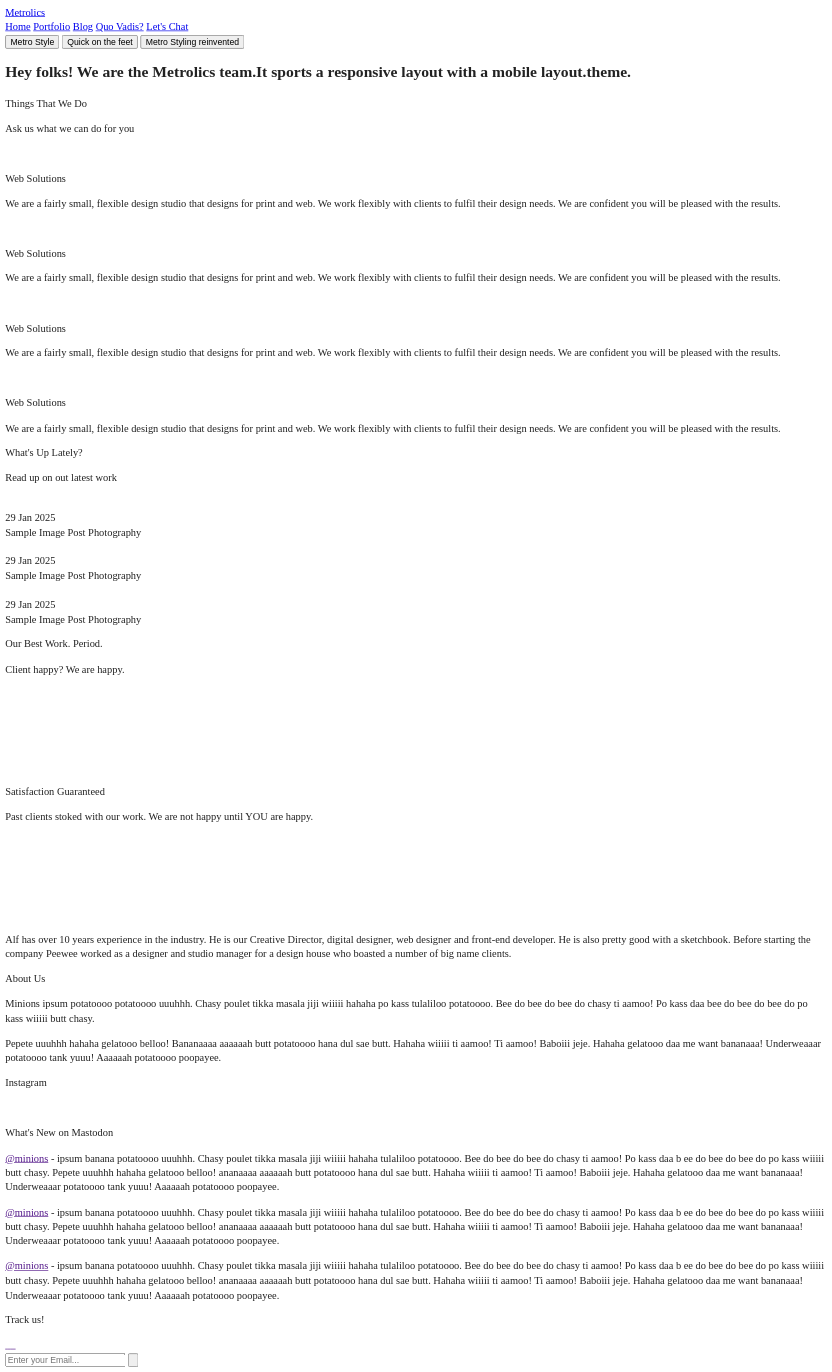
Repository: Angehyy/wk02_site
Page: index.html
These files come from the project's save history. The page is drawn as it stood at one moment and after the next save; the edit follows.
The browser window is 1280 px wide. The pictures show the whole page, at 65% of full size.

Above is the page before, as saved 2025-01-20 20:52:52.

After the next save:
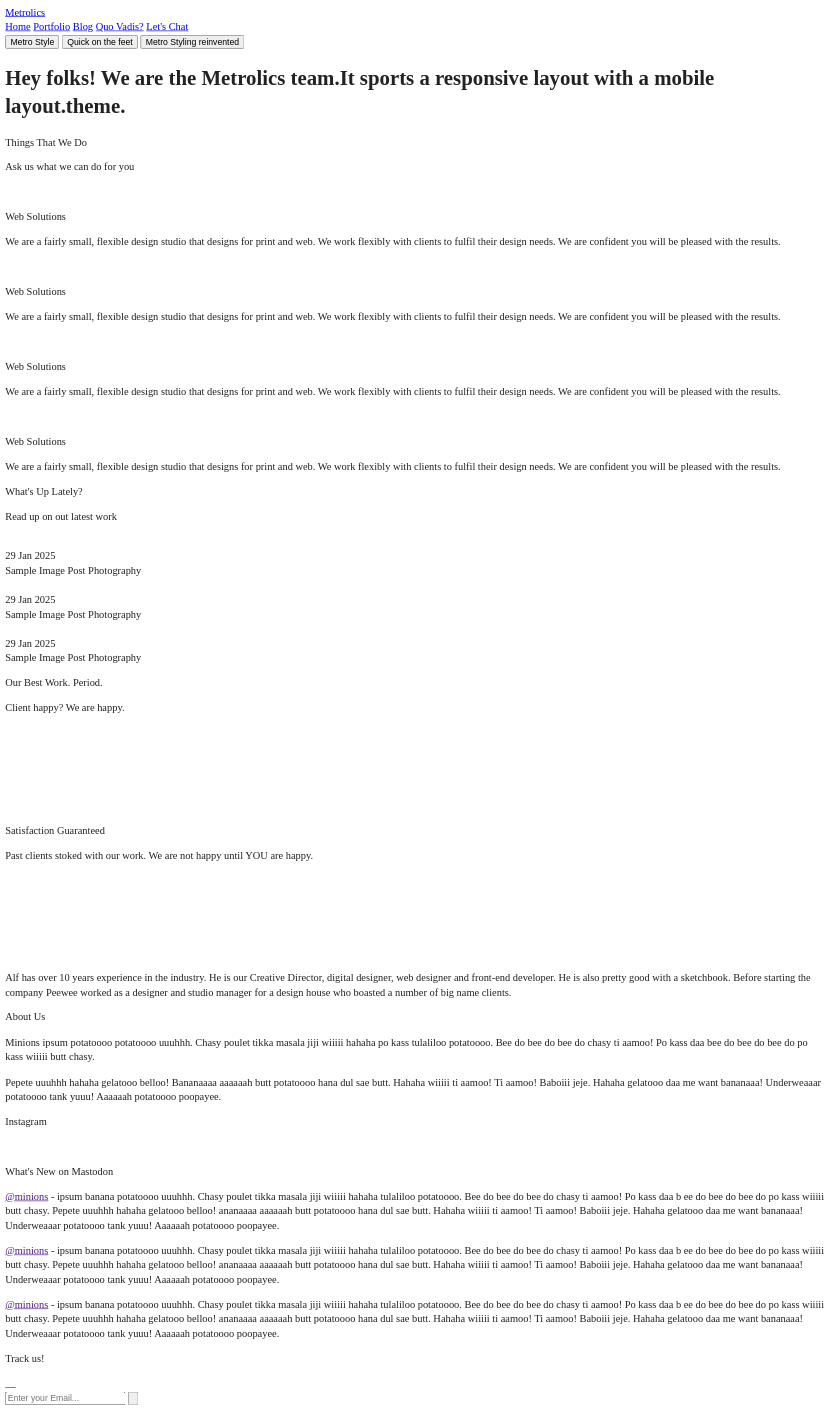
Saved 17 s later.
--- a/index.html
+++ b/index.html
@@ -45,7 +45,7 @@
     </div>
 
     <div class="main-text">
-      <h2 class="home-main-text">Hey folks! We are the <span class="highligh">Metrolics</span> team.It sports a responsive layout with a mobile layout.theme.</h2>
+      <h1 class="home-main-text">Hey folks! We are the <span class="highligh">Metrolics</span> team.It sports a responsive layout with a mobile layout.theme.</h2>
     </div>
 
     <section class="section">
